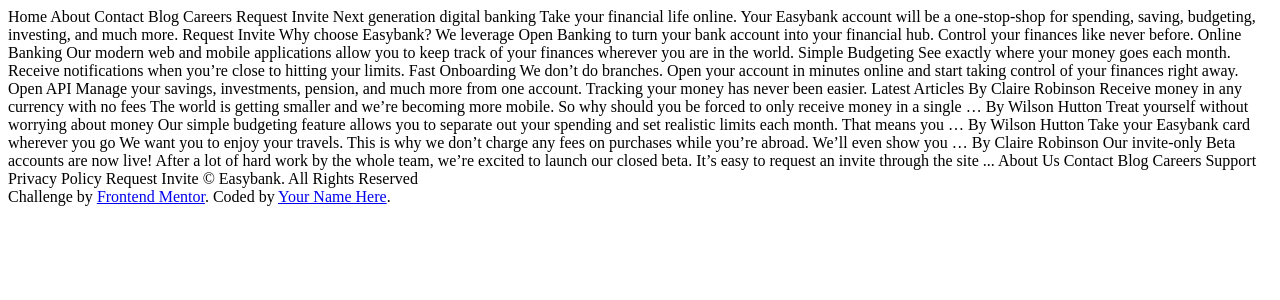
Repository: OmniaRafat232111121/easybank-landing-page-master
Page: index.html
An editor plug-in stored every save of this project. The page is shown before and after the next save, followed by the edit.
The browser window is 1280 px wide. The pictures show the whole page.

Above is the page before, as saved 2022-07-11 03:21:12.

After the next save:
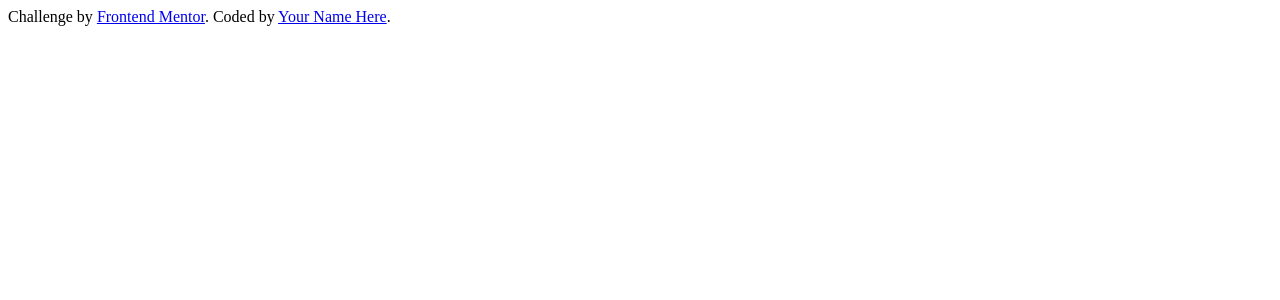
Saved 26 s later.
--- a/index.html
+++ b/index.html
@@ -10,82 +10,6 @@
 </head>
 <body>
 
-  Home
-  About
-  Contact
-  Blog
-  Careers
-
-  Request Invite
-
-
-
-  Next generation digital banking
-
-  Take your financial life online. Your Easybank account will be a one-stop-shop
-  for spending, saving, budgeting, investing, and much more.
-
-  Request Invite
-
-
-
-  Why choose Easybank?
-
-  We leverage Open Banking to turn your bank account into your financial hub. Control
-  your finances like never before.
-
-  Online Banking
-  Our modern web and mobile applications allow you to keep track of your finances
-  wherever you are in the world.
-
-  Simple Budgeting
-  See exactly where your money goes each month. Receive notifications when you’re
-  close to hitting your limits.
-
-  Fast Onboarding
-  We don’t do branches. Open your account in minutes online and start taking control
-  of your finances right away.
-
-  Open API
-  Manage your savings, investments, pension, and much more from one account. Tracking
-  your money has never been easier.
-
-
-
-  Latest Articles
-
-  By Claire Robinson
-  Receive money in any currency with no fees
-  The world is getting smaller and we’re becoming more mobile. So why should you be
-  forced to only receive money in a single …
-
-  By Wilson Hutton
-  Treat yourself without worrying about money
-  Our simple budgeting feature allows you to separate out your spending and set
-  realistic limits each month. That means you …
-
-  By Wilson Hutton
-  Take your Easybank card wherever you go
-  We want you to enjoy your travels. This is why we don’t charge any fees on purchases
-  while you’re abroad. We’ll even show you …
-
-  By Claire Robinson
-  Our invite-only Beta accounts are now live!
-  After a lot of hard work by the whole team, we’re excited to launch our closed beta.
-  It’s easy to request an invite through the site ...
-
-
-
-  About Us
-  Contact
-  Blog
-  Careers
-  Support
-  Privacy Policy
-
-  Request Invite
-
-  © Easybank. All Rights Reserved
 
   <div class="attribution">
     Challenge by <a href="https://www.frontendmentor.io?ref=challenge" target="_blank">Frontend Mentor</a>.
